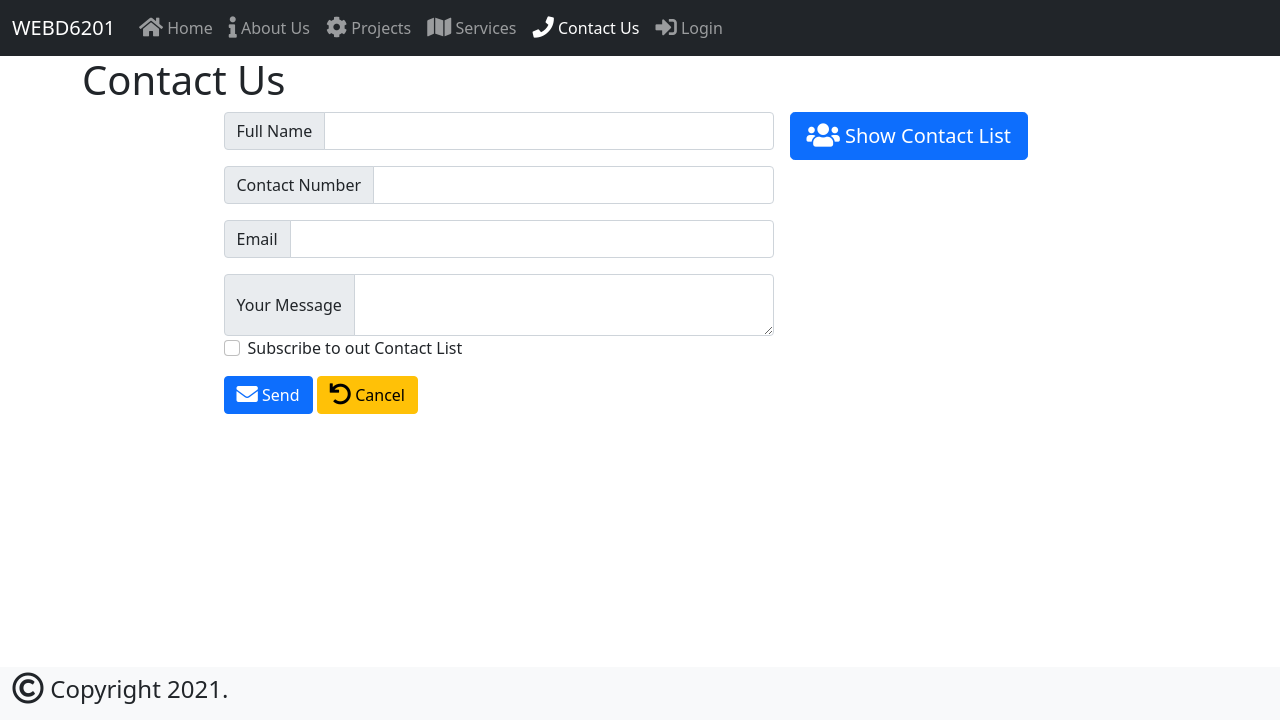
Repository: aphim/webd6201ICE6
Page: contact.html
An editor plug-in stored every save of this project. The page is shown before and after the next save, followed by the edit.
The browser window is 1280 px wide. The pictures show the whole page.

Above is the page before, as saved 2021-02-18 09:28:23.

After the next save:
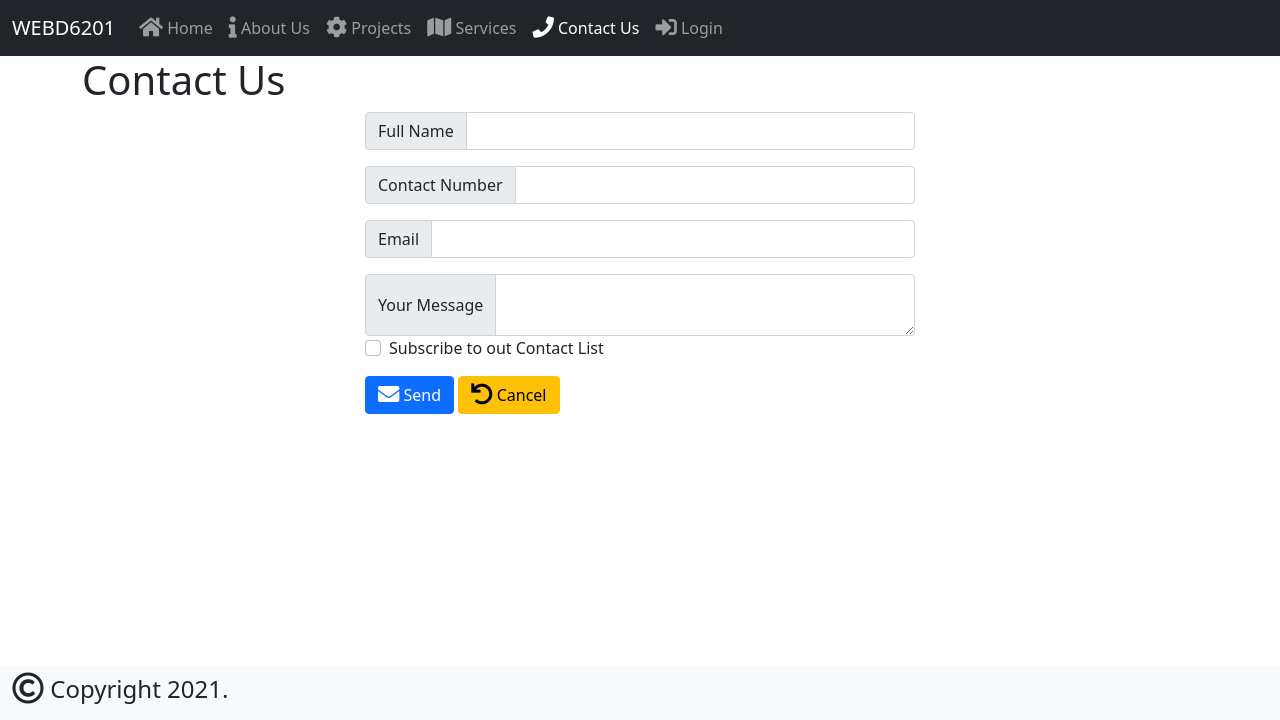
Saved 44 s later.
--- a/contact.html
+++ b/contact.html
@@ -89,12 +89,6 @@
             <button id="cancelButton" type="button" class="btn btn-warning"><i class="fas fa-undo fa-lg"></i> Cancel</button>
           </form>
 
-          <div class="col-lg-3 col-md-3">
-            <a href="contact-list.html" class="btn btn-primary btn-lg"><i class="fas fa-users fa-lg"></i> Show Contact List</a>
-          </div>
-        </div>
-
-
     </main>
 
     <!-- Main Footer -->
